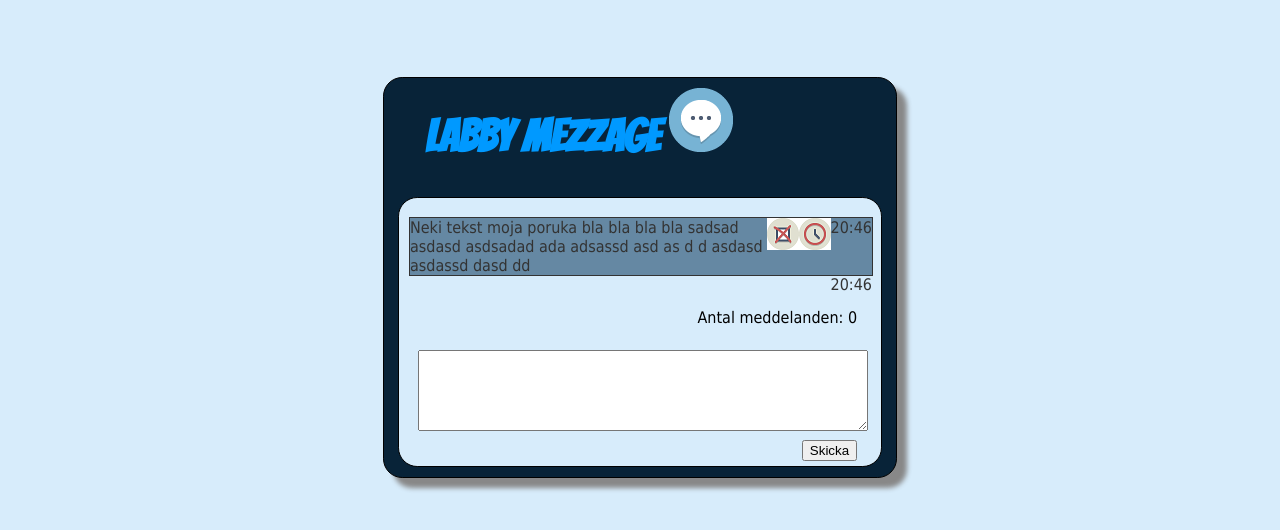
Repository: jb223cp/1dv403-laborationer
Page: 2-labbymezzage/index.html
The author's editor kept a record of every edit. The page is drawn from the files as they stood at one moment, then again after the next edit.
The browser window is 1280 px wide. The pictures show the whole page.

Above is the page before.
Console error: ReferenceError: Message is not defined

After the next edit:
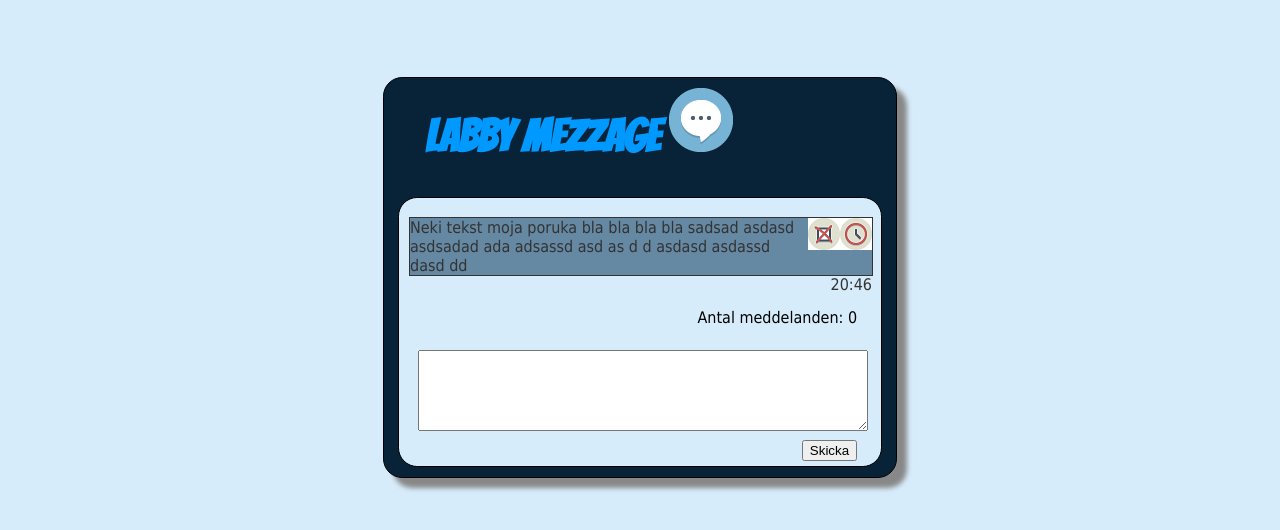
The edit:
--- a/2-labbymezzage/index.html
+++ b/2-labbymezzage/index.html
@@ -13,7 +13,7 @@
 
             <section class="message">
                 <article>
-                    <p><time>20:46</time></p>
+
                     <p><img class="icons" src="pics/clock.png" alt="show time when message is published"></p>
                     <p><img class="icons" src="pics/x.png" alt="delete message"></p>
 
